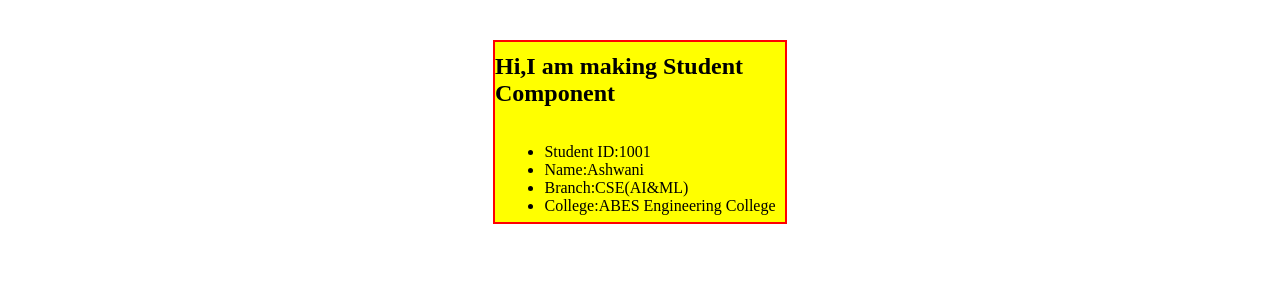
Repository: ashurauza/FSD_Sem5
Page: / (app in FSD_Sem5/CSS/ReactRevisionDOM/)
An editor plug-in stored every save of this project. The page is shown before and after the next save, followed by the edit.
The browser window is 1280 px wide. The pictures show the whole page.
The project was rebuilt for these pictures with package versions that can differ from the ones it lists, and the page was loaded fresh each time.

Above is the page before, as saved 2025-10-29 15:32:52.

### FSD_Sem5/CSS/ReactRevisionDOM/index.html
<!DOCTYPE html>
<html lang="en">
<head>
    <meta charset="UTF-8">
    <meta name="viewport" content="width=device-width, initial-scale=1.0">
    <title>RevisionDOM</title>
</head>
<body>
    <div id="parent"></div>
    <script src="https://unpkg.com/react@18/umd/react.development.js" crossorigin></script>
    <script src="https://unpkg.com/react-dom@18/umd/react-dom.development.js" crossorigin></script>
    <script src="student.jsx" type="module"></script>

</body>
</html>

### FSD_Sem5/CSS/ReactRevisionDOM/student.jsx



const parent = document.getElementById("parent");
const root = ReactDOM.createRoot(parent);


const h21=<h2>
    Hi,I am making Student Component
</h2>
const li11=<li>Student ID:1001</li>
const li22=<li>Name:Ashwani </li>
const li33=<li>Branch:CSE(AI&ML)</li>
const li44=<li>College:ABES Engineering College</li>
const ul1=<ul>{[li11,li22,li33,li44]}</ul>
const wrapper1=(
    <>
    {h21}
    {ul1}
    </>
)

const wrapper = React.createElement("div", {style: {height: "180px",
      width: "290px",
      backgroundColor: "yellow",
      border: "2px solid red",
      margin: "40px auto",
      textAlign: "left",
      display: "flex",
      flexDirection: "column",
      justifyContent: "center",
      alignItems: "center"}}, [h21, ul1]);

root.render(wrapper);

After the next save:
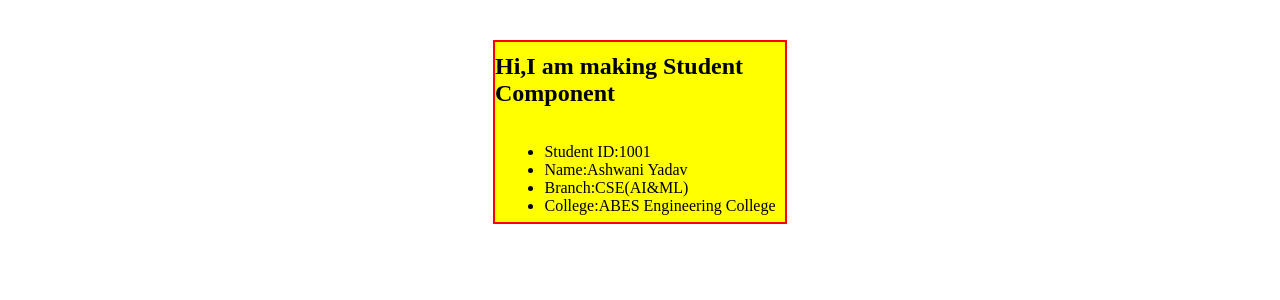
Saved 4 s later.
--- a/FSD_Sem5/CSS/ReactRevisionDOM/student.jsx
+++ b/FSD_Sem5/CSS/ReactRevisionDOM/student.jsx
@@ -9,7 +9,7 @@
     Hi,I am making Student Component
 </h2>
 const li11=<li>Student ID:1001</li>
-const li22=<li>Name:Ashwani </li>
+const li22=<li>Name:Ashwani Yadav </li>
 const li33=<li>Branch:CSE(AI&ML)</li>
 const li44=<li>College:ABES Engineering College</li>
 const ul1=<ul>{[li11,li22,li33,li44]}</ul>
